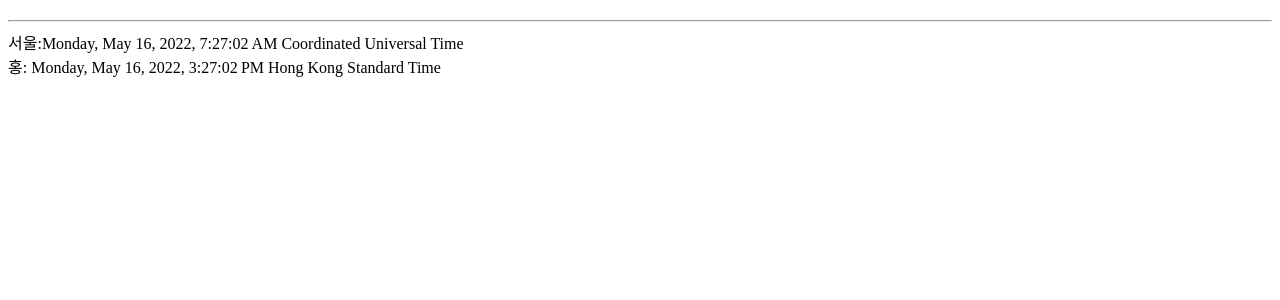
Repository: dongseon-git/WEB_JSP
Page: http://localhost/studyhtml5/jsp/j07/j04_fmt_timezone.jsp
An editor plug-in stored every save of this project. The page is shown before and after the next save, followed by the edit.
The browser window is 1280 px wide. The pictures show the whole page.
The page is served by Tomcat 9. Nobody is signed in. The application's start-up code is not run.

Above is the page before, as saved 2022-05-24 02:32:23.

After the next save:
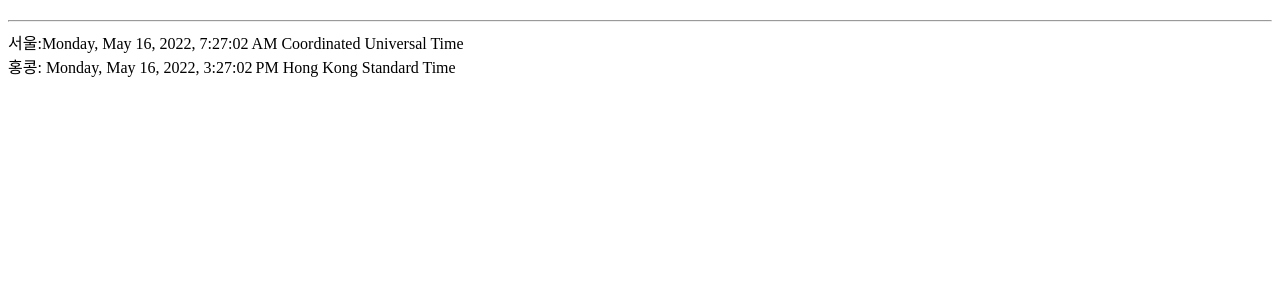
Saved 53 s later.
--- a/workspace/studyhtml5/WebContent/jsp/j07/j04_fmt_timezone.jsp
+++ b/workspace/studyhtml5/WebContent/jsp/j07/j04_fmt_timezone.jsp
@@ -14,7 +14,7 @@
 	<hr/>
 	<c:set var="now" value="<%=new Date() %>"/>
 서울:<fmt:formatDate value="${now }" type="both" dateStyle="full" timeStyle="full"/><br/>
-홍:<fmt:timeZone value="Hongkong" >
+홍콩:<fmt:timeZone value="Hongkong" >
 	<fmt:formatDate value="${now }" type="both" dateStyle="full" timeStyle="full"/><br/>
 	</fmt:timeZone>
 </body>
